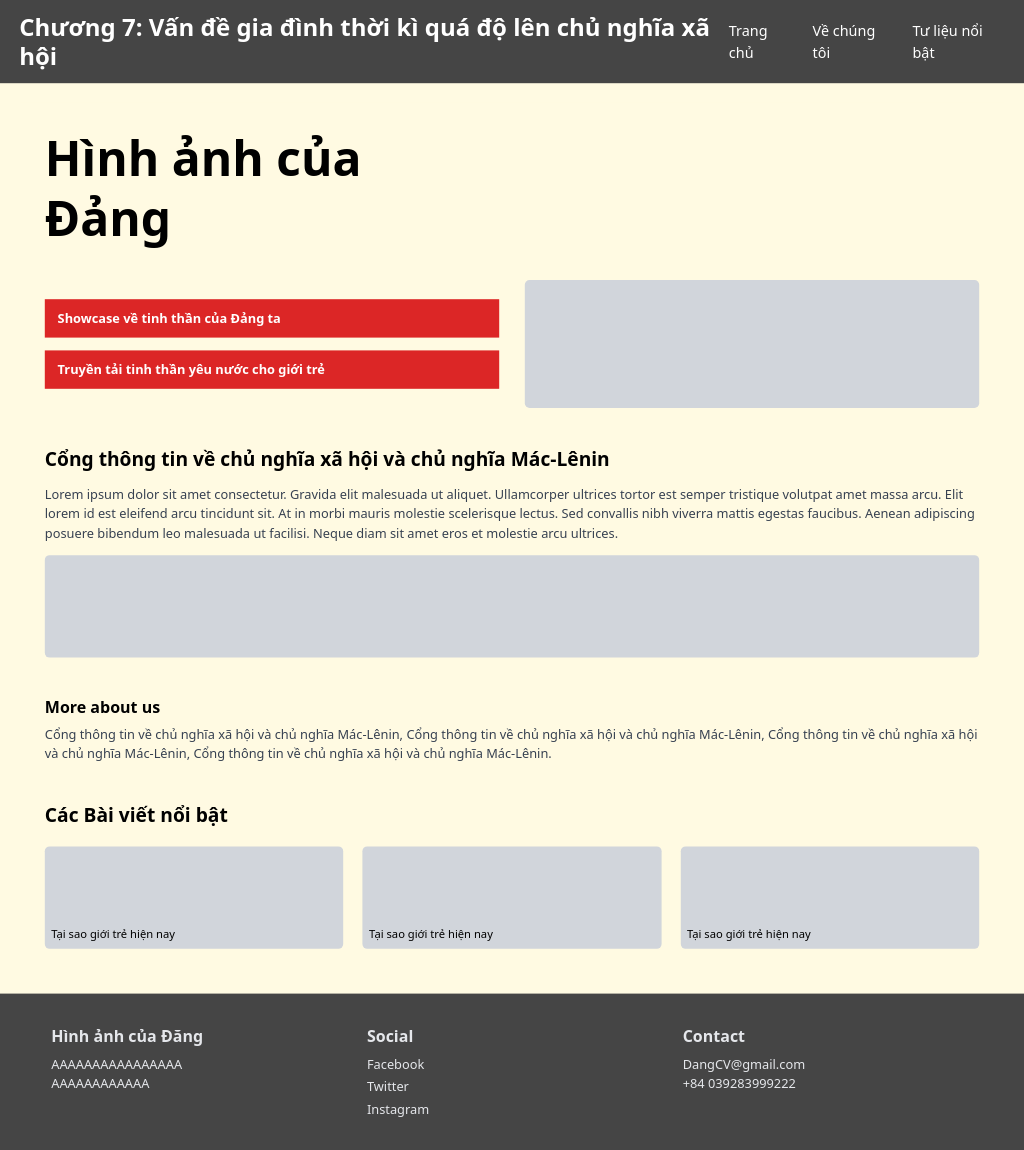
Repository: ultrakhaicraft/PRN232-Website-Showcase
Page: / (app in PRN232/)
These files come from the project's save history. The page is drawn as it stood at one moment and after the next save; the edit follows.
The browser window is 1280 px wide. The pictures show the whole page, at 80% of full size.
The project was rebuilt for these pictures with package versions that can differ from the ones it lists, and the page was loaded fresh each time. Also part of the build but not shown: PRN232/vite.config.js, PRN232/src/pages/About.jsx, PRN232/src/pages/News.jsx.

Above is the page before, as saved 2025-09-17 18:48:37.

After the next save:
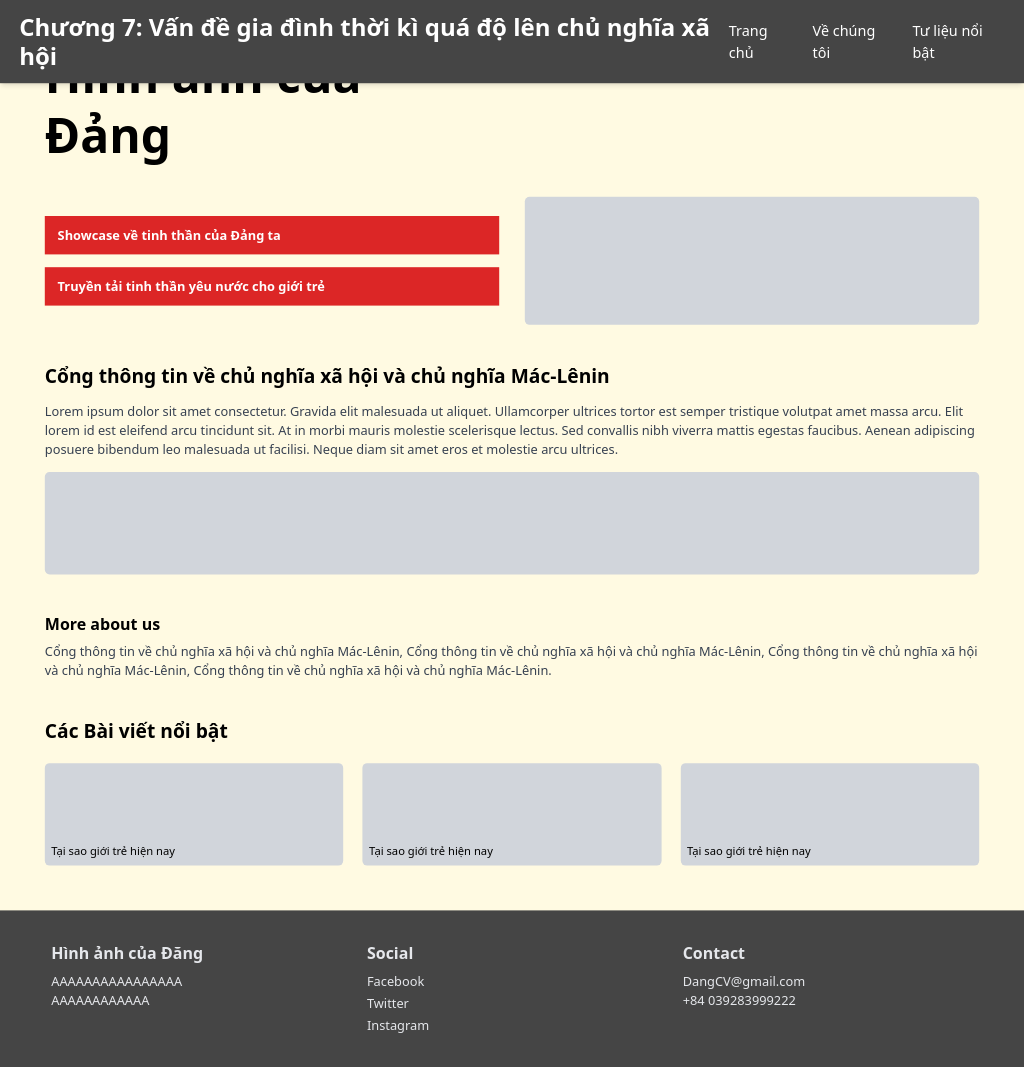
Saved 3 min 46 s later.
--- a/PRN232/src/components/Narbar.jsx
+++ b/PRN232/src/components/Narbar.jsx
@@ -3,7 +3,7 @@ import { Link } from "react-router-dom";
 
 function Navbar() {
   return (
-    <nav className="flex items-center justify-between px-6 py-4 text-white bg-[#454545]">
+    <nav className="fixed top-0 left-0 w-full flex items-center justify-between px-6 py-4 text-white bg-[#454545] shadow-md z-50">
       {/* Logo */}
       <div className="text-3xl font-bold">
         <Link to="/">Chương 7: Vấn đề gia đình thời kì quá độ lên chủ nghĩa xã hội</Link>
